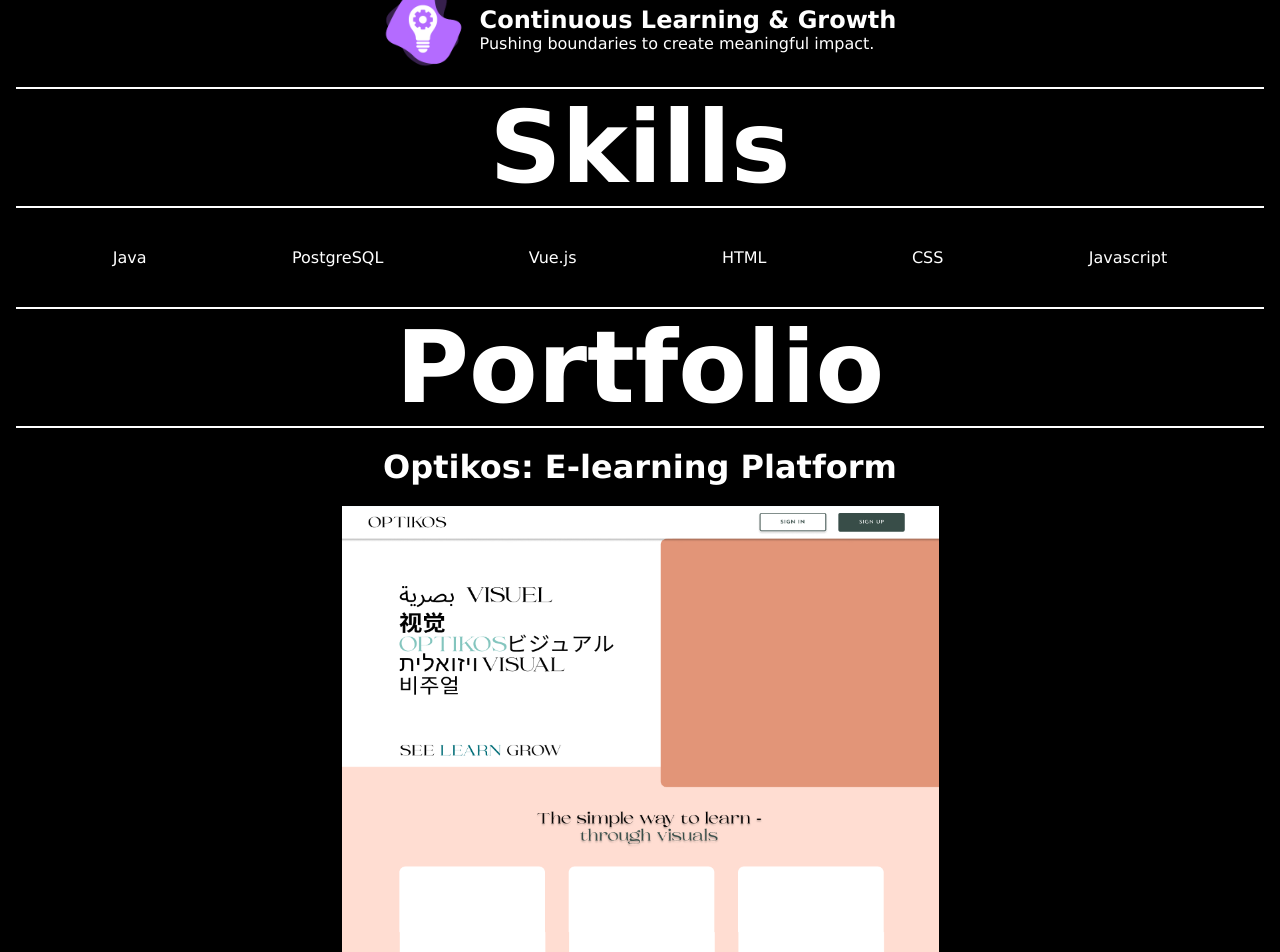
Repository: woodsdeshe/portfolio
Page: index.html
An editor plug-in stored every save of this project. The page is shown before and after the next save, followed by the edit.
The browser window is 1280 px wide. The pictures show the part of the page from y = 1403 to 2355 px (the page is 2531 px tall before and 2626 px after).
A picture or video elsewhere on the page could not be fetched, so the positions and the page height are approximate. Some web fonts or font styles are not loaded; a fallback is used.

Above is the page before, as saved 2023-06-11 15:57:27.

### index.html
<!DOCTYPE html>
<html lang="en">
<head>
    <meta charset="UTF-8">
    <meta http-equiv="X-UA-Compatible" content="IE=edge">
    <meta name="viewport" content="width=device-width, initial-scale=1.0">
    <title data-aos="fade-down">DeShe Woods | Software Engineer</title>
    <link rel="stylesheet" href="style.css">
    <link rel="stylesheet" href="https://cdnjs.cloudflare.com/ajax/libs/aos/2.3.4/aos.css" />
</head>
<body>
    <div class="container">
        <video autoplay muted loop>
            <source src="./images/pexels-crazy-motions-11738195-1920x1080-24fps.mp4" type="video/mp4">
        </video>
        <div class="header">
            <h1>DESHE WOODS</h1>
        </div>
    </div>
    <div class="subheader">
        <h3>SOFTWARE ENGINEER | VISUAL ARTIST</h3>
    </div>
    <nav class="navbar">
        <ul>
            <li><a href="#about">About</a></li>
            <li><a href="#skills">Skills</a></li>
            <li><a href="#portfolio">Portfolio</a></li>
            <li><a href="#contact">Contact</a></li>
        </ul>
    </nav>
    <div class="headshot" data-aos="fade-up">
        <img src="./images/Headshot.jpg" alt="Picture of DeShe Woods">
    </div>
    <div class="about-me" data-aos="fade-up">
        <div class="about-container">
            <div class="logo">
                <img src="./images/code-logo.png" alt="Software Engineer Logo">
            </div>
            <div class="about-content">
                <h2>Passionate Software Engineer</h2>
                <p>Ready to tackle coding challenges with enthusiasm.</p>
            </div>
        </div>
        <div class="about-container">
            <div class="logo">
                <img src="./images/diversity-logo.png" alt="Tea Lover Logo">
            </div>
            <div class="about-content">
                <h2>Tea Lover & Detail-Oriented</h2>
                <p>Committed to fostering diversity in tech.</p>
            </div>
        </div>
        <div class="about-container">
            <div class="logo">
                <img src="./images/gears-logo.png" alt="Continuous Learning Logo">
            </div>
            <div class="about-content">
                <h2>  Continuous Learning & Growth</h2>
                <p>Pushing boundaries to create meaningful impact.</p>
            </div>
        </div>
    </div>


    <div class="skills-header">
        <h1 id="skills">Skills</h1>
    </div>
    <div class="skills-content" data-aos="fade-up">
        <p class="java">Java</p>
        <p class="postgresql">PostgreSQL</p>
        <p class="Vue-js">Vue.js</p>
        <p class="html">HTML</p>
        <p class="css">CSS</p>
        <p class="javascript">Javascript</p>
    </div>
    <div class="portfolio-header">
        <h1 id="portfolio">Portfolio</h1>
    </div>
    <div class="optikos" data-aos="fade-up">
        <h1>Optikos: E-learning Platform</h1>
        <img src="./images/Screenshot (6).png" alt="Screenshot of Optikos home page">
    </div>
    <div class="contact" id="contact">
        <h2>Contact</h2>
    </div>
   <footer>
    <a href="#">LinkedIn</a> |
    <a href="#">Github</a> |
    <a href="#">Email</a>
   </footer>

   <script src="https://cdnjs.cloudflare.com/ajax/libs/jquery/3.6.0/jquery.min.js"></script>
   <script src="https://cdnjs.cloudflare.com/ajax/libs/aos/2.3.4/aos.js"></script>
   <script>
     AOS.init();
   </script>
</body>
</html>

### style.css
@import url('https://fonts.googleapis.com/css2?family=Climate+Crisis&display=swap');

* {
    margin: 0;
    padding: 0;
    box-sizing: border-box;
}

body:not(.container) {
    background-color: #000;
    font-family: Verdana, Geneva, Tahoma, sans-serif;
    color: white;
    overflow-y: scroll;
}

.container {
    width: 100%;
    min-height: 100vh;
    position: relative;
    overflow: hidden;
}

.container video {
    height: 100%;
    width: 100%;
}

.header h1{
    font-family:'Climate Crisis', cursive, Verdana;
    font-size: 200px;
    font-weight: 900;
    text-align: center;
    color: white;
    position: absolute;
    top: 0;
    left:0;
    background: #000;
    height: 100%;
    width: 100%;
    display:flex;
    align-items: center;
    justify-content: center;
    flex-wrap: wrap;
    mix-blend-mode: multiply;
}

.subheader {
    border-top: 2px solid white;
    border-bottom: 2px solid white;
    padding: 1rem;
    text-align: center;
    font-size: 40px;
}

.navbar {
    background-color: #000;
    padding: 1rem;
    text-align: center;
}

.navbar ul {
    list-style-type: none;
}

.navbar li {
    display: inline-block;
    margin-right: 1rem;
}

.navbar a {
    text-decoration: none;
    color: white;
    font-size: 20px;
    font-weight: bold;
    padding: 0.5rem 1rem;
}

.navbar a:hover {
    background-color: #b46bff;
    border-radius: 5px;
}


.headshot img {
    height:400px;
    width: 400px;
    align-content: center;
    display:block;
    margin-left: auto;
    margin-right: auto;
    margin-top: 20px;
    margin-bottom: 20px;
}


.about-me {
    display: flex;
    flex-wrap: wrap;
    justify-content: center;
}

.about-container {
    display: flex;
    align-items: center;
    margin: 0 2rem;
}

.logo img {
    height: 80px;
    width: 80px;
}

.about-content {
    margin-left: 1rem;
}

.portfolio-header, .skills-header, .contact h2 {
    font-size: 50px;
    text-align: center;
    border-top: 2px solid white;
    border-bottom: 2px solid white;
    margin: 1rem
}

.skills-content {
    display: flex;
    flex-direction: row;
    justify-content: space-around;
    margin: 40px;
}

.skills-content > p:hover {
    background-color: #b46bff;
    border-radius: 5px;
    cursor: pointer;
    padding: 5px;
}


.portfolio {
    display: flex;
    flex-direction: column;
}

.optikos img {
   width: 597px;
   height: 500px;
   display: block;
   margin-left: auto;
    margin-right: auto;
    margin-bottom: 20px;
}


.optikos h1 {
    text-align: center;
    margin: 20px;
}

.optikos p {
    grid-area: "optikos-content";
}

.contact h2{
    font-size: 50px
}

footer {
    display: flex;
    justify-content: center;
    font-size: 20px;
}

footer a {

        box-shadow: inset 0 0 0 0 #54b3d6;
        color: white;
        margin: 0 -.25rem;
        padding: 0 .25rem;
        transition: color .3s ease-in-out, box-shadow .3s ease-in-out;
}

footer a:hover {
    box-shadow: inset 100px 0 0 0 #54b3d6;
    color: white;
}

@media screen and (max-width: 768px) {
.container {
        min-height: auto;
        height: 100vh;
    }
    .container video {
        height: auto;
        width: 100%;
    }

    .about-me {
        flex-direction: column;
        align-items: center;
    }

    .about-container {
        margin: 1rem 0;
    }

    .about-content {
        margin-left: 0;
        margin-top: 1rem;
    }
}

body:not(.container) {
    overflow-x: hidden;
}

After the next save:
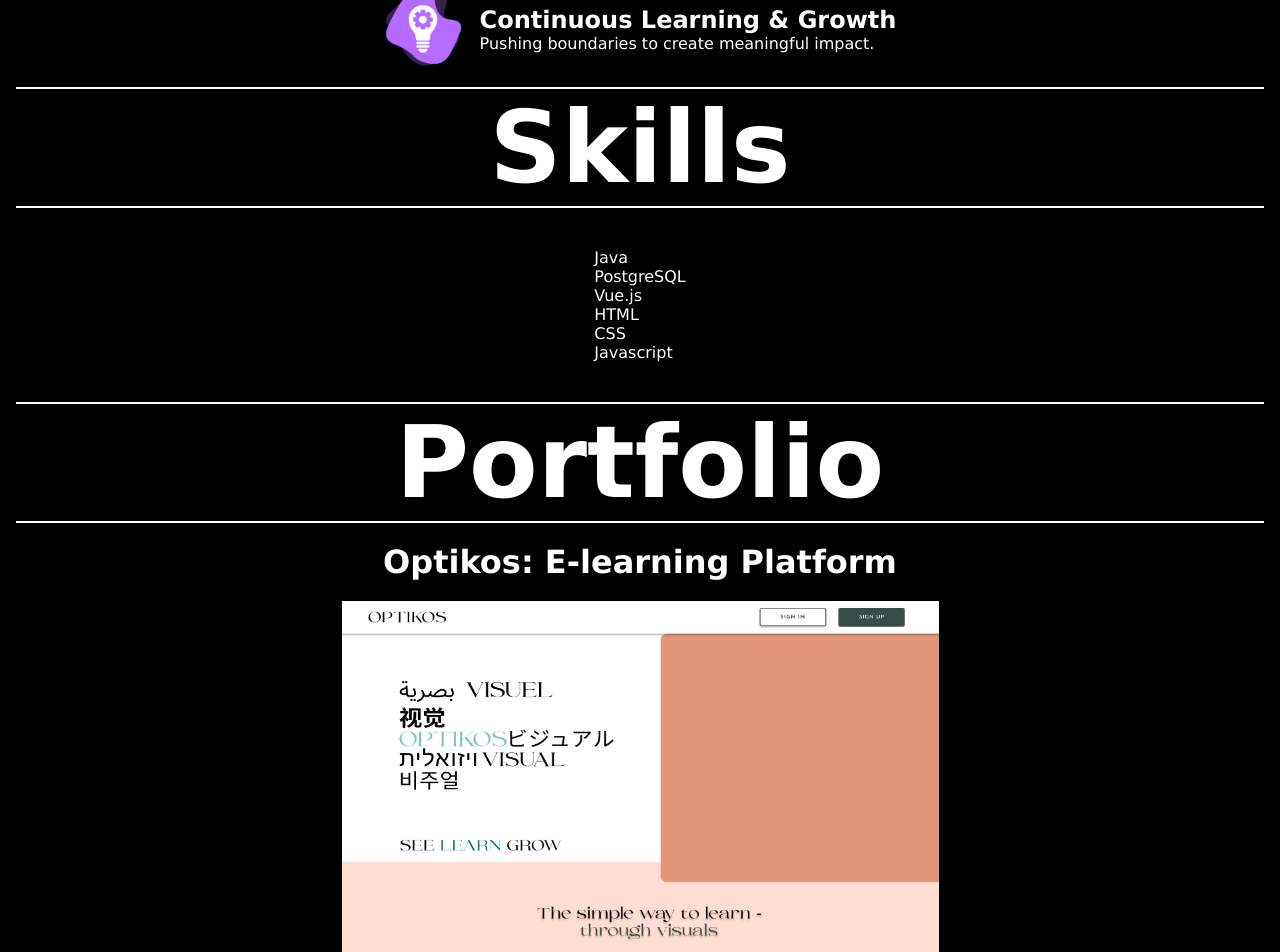
Saved 6 min 38 s later.
--- a/index.html
+++ b/index.html
@@ -66,7 +66,7 @@
         <h1 id="skills">Skills</h1>
     </div>
     <div class="skills-content" data-aos="fade-up">
-        <p class="java">Java</p>
+        <span class="java">Java</p>
         <p class="postgresql">PostgreSQL</p>
         <p class="Vue-js">Vue.js</p>
         <p class="html">HTML</p>

After the 2 saves that followed:
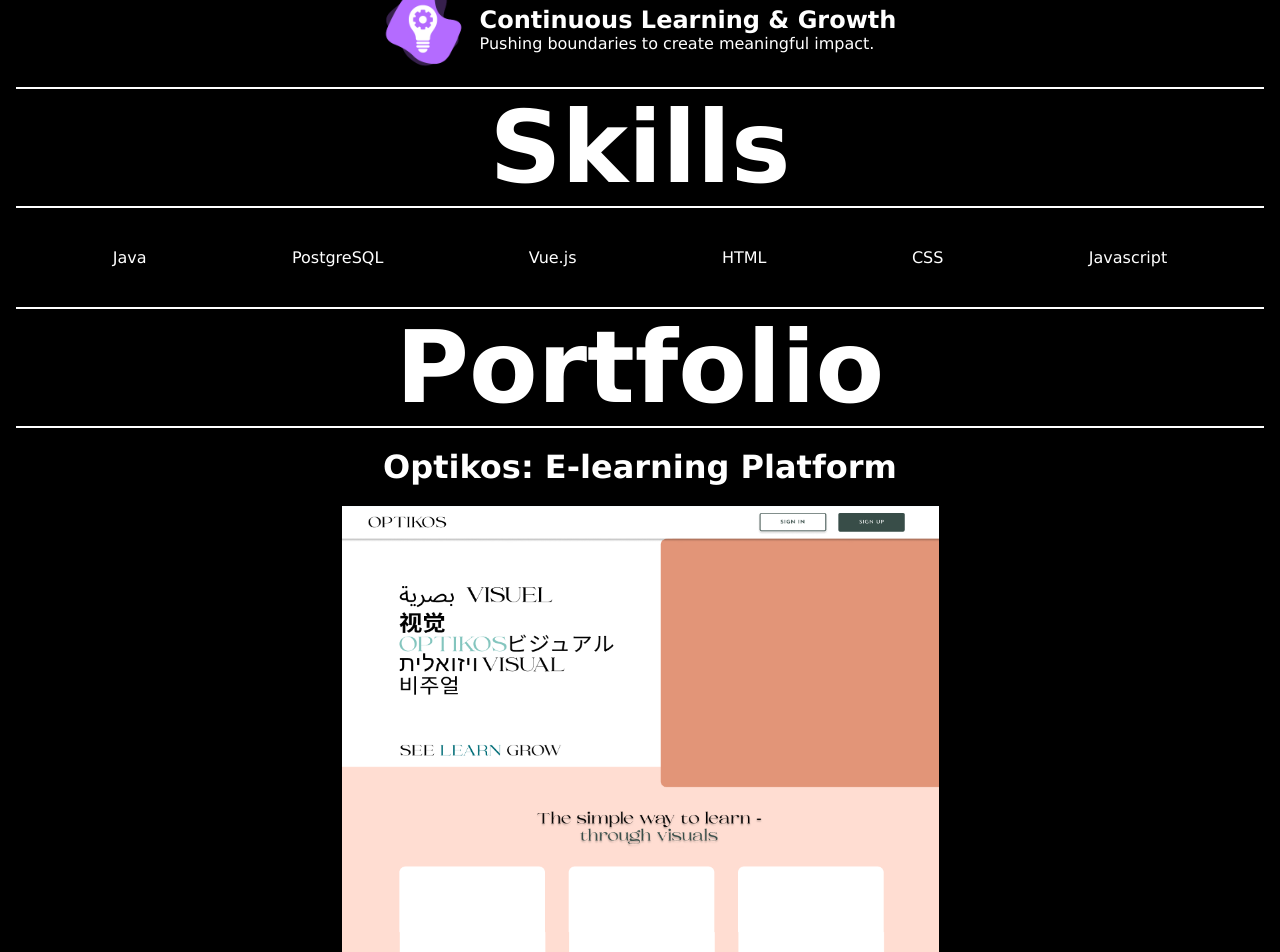
The 2 saves are shown as one change because 1 left the picture as it was.
The last was saved 21 s later.
--- a/index.html
+++ b/index.html
@@ -66,7 +66,7 @@
         <h1 id="skills">Skills</h1>
     </div>
     <div class="skills-content" data-aos="fade-up">
-        <span class="java">Java</p>
+        <span class="skill">Java</span>
         <p class="postgresql">PostgreSQL</p>
         <p class="Vue-js">Vue.js</p>
         <p class="html">HTML</p>
